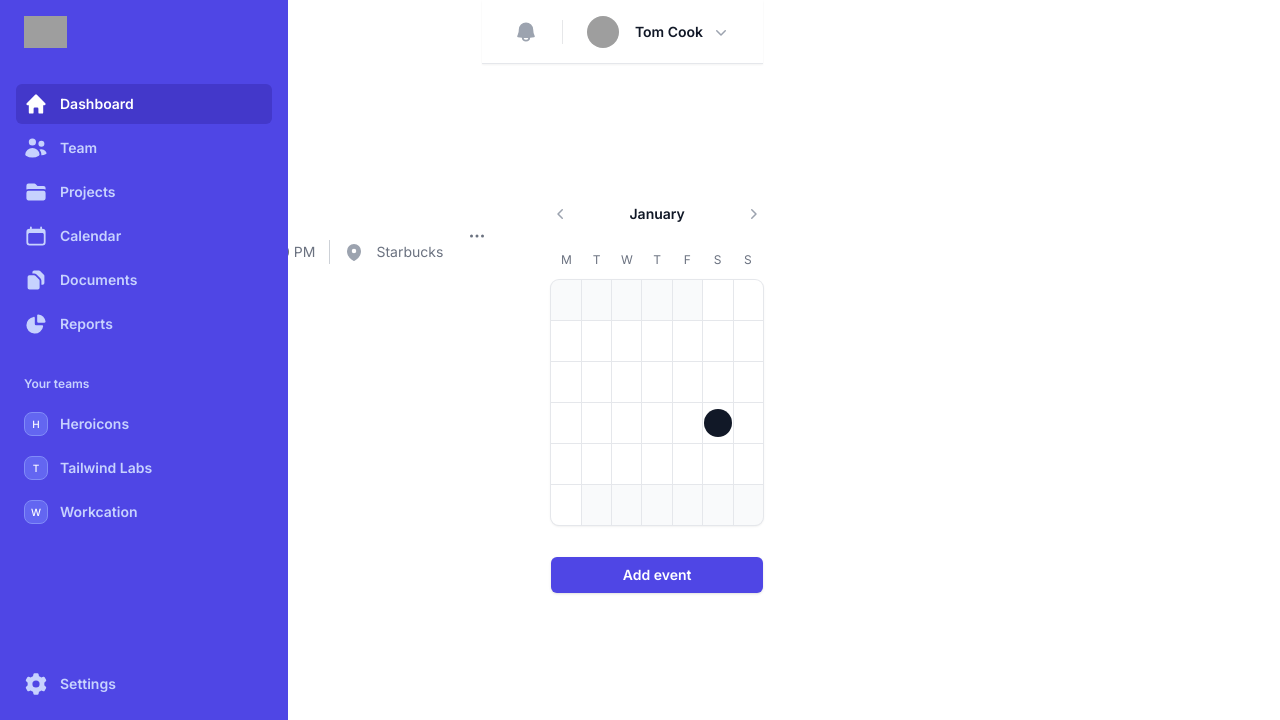
Repository: uh-sman/digital-x
Page: /calender
These files come from the project's save history. The page is drawn as it stood at one moment and after the next save; the edit follows.
The browser window is 1280 px wide. The pictures show the whole page.
Pictures or frames that could not be fetched are drawn as grey boxes. The project was rebuilt for these pictures with package versions that can differ from the ones it lists, and the page was loaded fresh each time. The framework's server and built-in components were replaced by stand-ins that run in the browser. Also part of the build but not shown: next.config.mjs.

Above is the page before, as saved 2024-04-02 10:25:48.

After the next save:
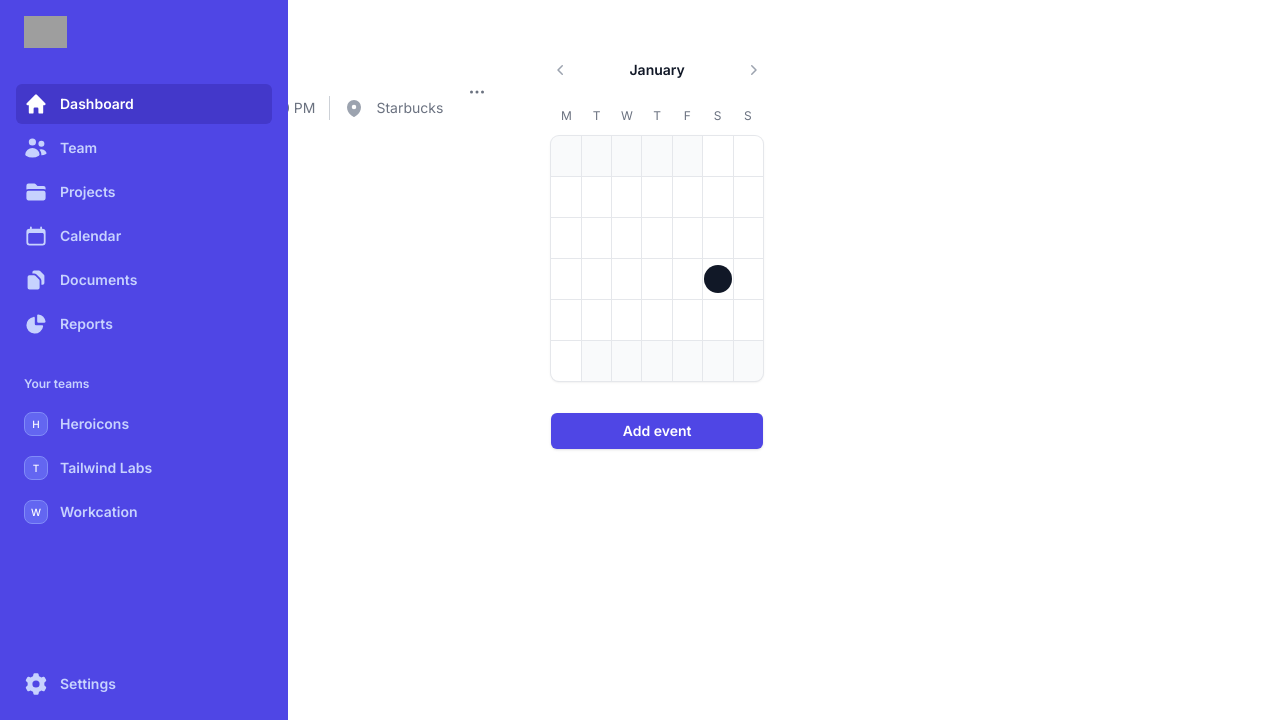
Saved 36 s later.
--- a/app/layout.tsx
+++ b/app/layout.tsx
@@ -23,7 +23,7 @@ export default function RootLayout({
           <SideBar />
           <div>
             <nav className="flex justify-end w-full">
-            <NavMenu />
+            {/* <NavMenu /> */}
             </nav>
             {children}
             </div>
